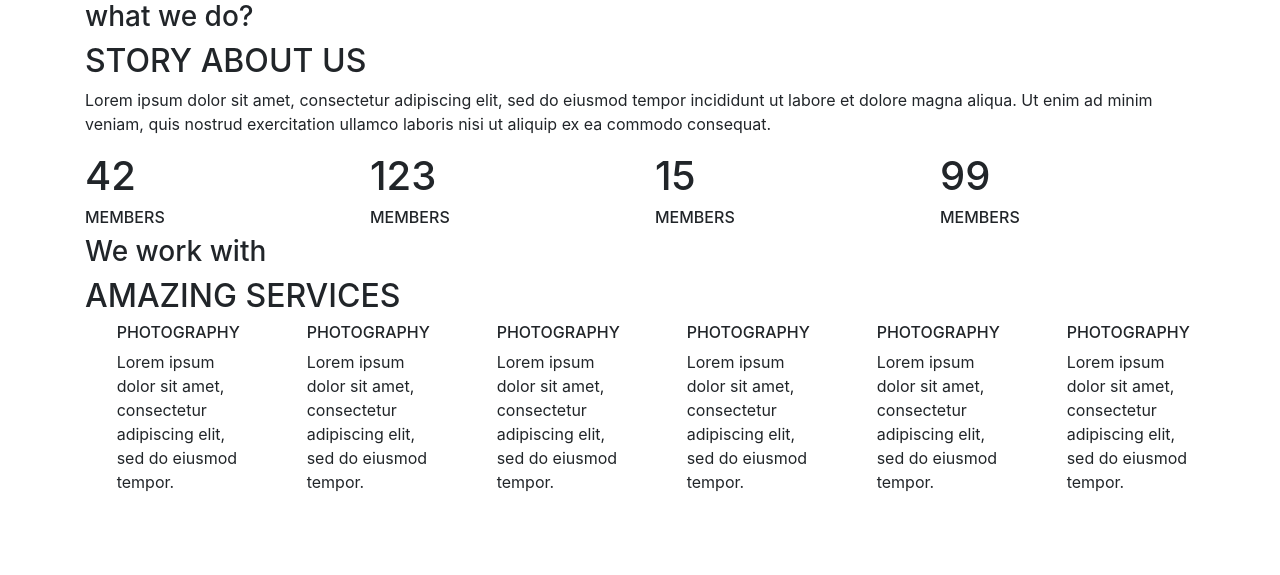
Repository: nourabdelhakam/MoGo-template
Page: index.html
These files come from the project's save history. The page is drawn as it stood at one moment and after the next save; the edit follows.
The browser window is 1280 px wide. The pictures show the whole page.
Some web libraries are served in a nearby version. The style sheet was rebuilt from its Sass, Less or Tailwind sources for each picture, by a compiler version that may differ from the author's.

Above is the page before, as saved 2021-02-21 19:06:11.

After the next save:
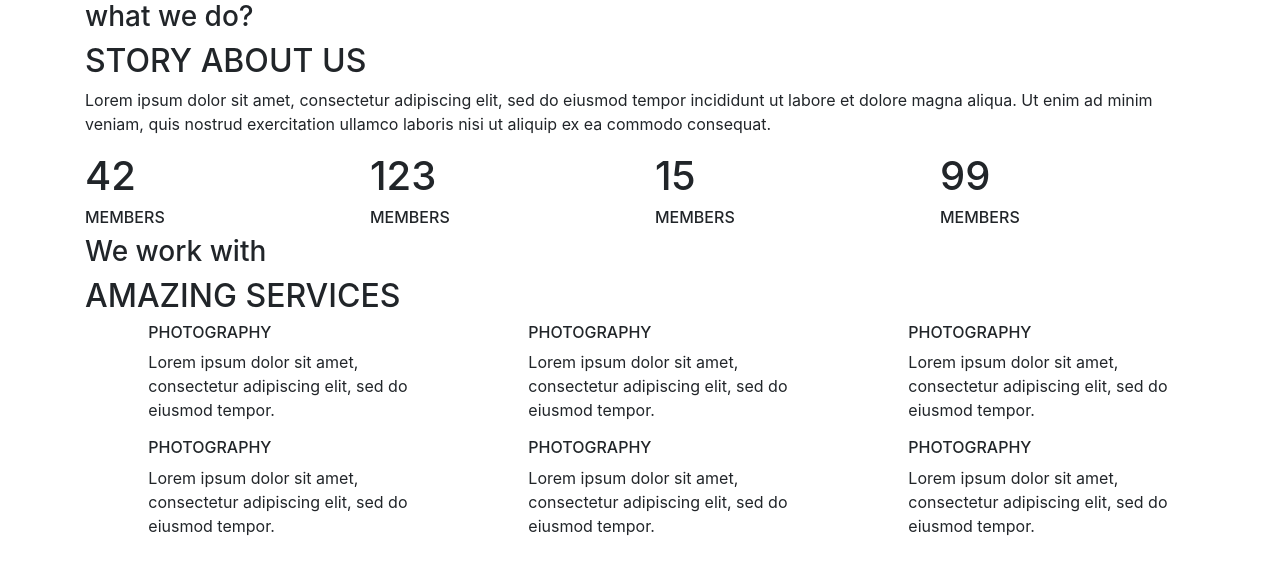
Saved 2 min 54 s later.
--- a/index.html
+++ b/index.html
@@ -52,7 +52,7 @@
             <h2>AMAZING SERVICES</h2>
             <div class="row">
 
-                <div class="col">
+                <div class="col-12 col-md-4">
                     <div class="row">
                         <div class="col-2"></div>
                         <div class="col-10">
@@ -62,7 +62,7 @@
                     </div>
                 </div>
 
-                <div class="col">
+                <div class="col-12 col-md-4">
                     <div class="row">
                         <div class="col-2"></div>
                         <div class="col-10">
@@ -72,7 +72,7 @@
                     </div>
                 </div>
 
-                <div class="col">
+                <div class="col-12 col-md-4">
                     <div class="row">
                         <div class="col-2"></div>
                         <div class="col-10">
@@ -82,7 +82,7 @@
                     </div>
                 </div>
 
-                <div class="col">
+                <div class="col-12 col-md-4">
                     <div class="row">
                         <div class="col-2"></div>
                         <div class="col-10">
@@ -92,7 +92,7 @@
                     </div>
                 </div>
 
-                <div class="col">
+                <div class="col-12 col-md-4">
                     <div class="row">
                         <div class="col-2"></div>
                         <div class="col-10">
@@ -102,7 +102,7 @@
                     </div>
                 </div>
 
-                <div class="col">
+                <div class="col-12 col-md-4">
                     <div class="row">
                         <div class="col-2"></div>
                         <div class="col-10">
